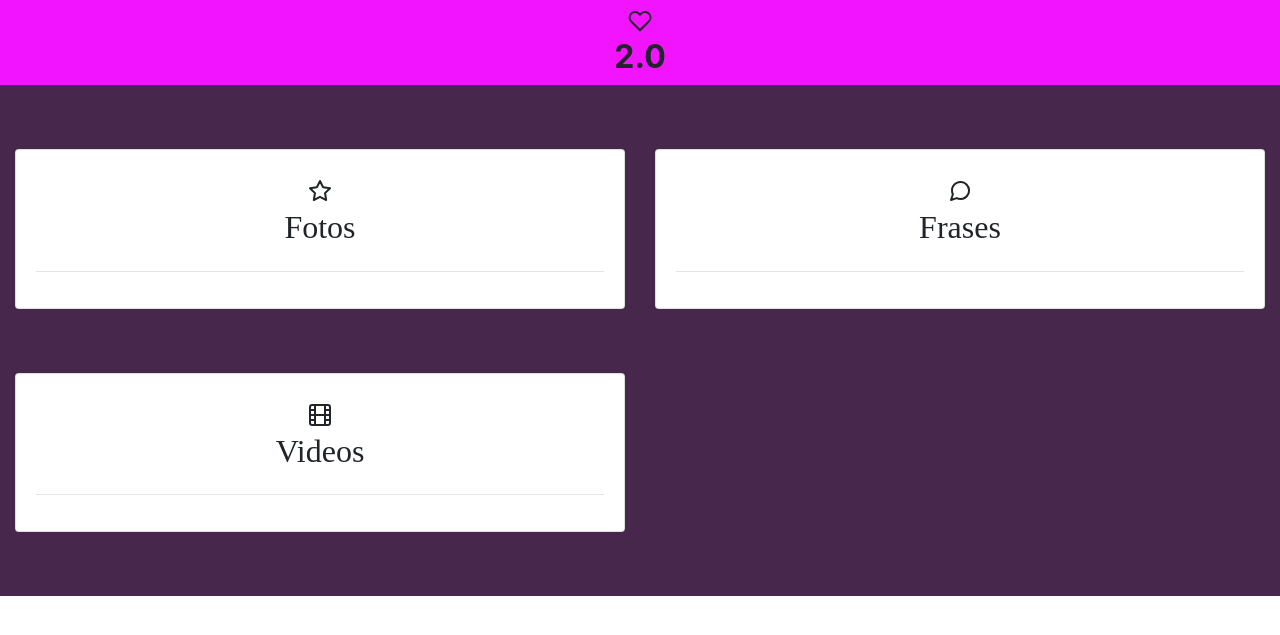
Repository: MeuAmor/meuamor.github.io
Page: index.html
These files come from the project's save history. The page is drawn as it stood at one moment and after the next save; the edit follows.
The browser window is 1280 px wide. The pictures show the whole page.

Above is the page before, as saved 2019-08-21 23:33:32.

After the next save:
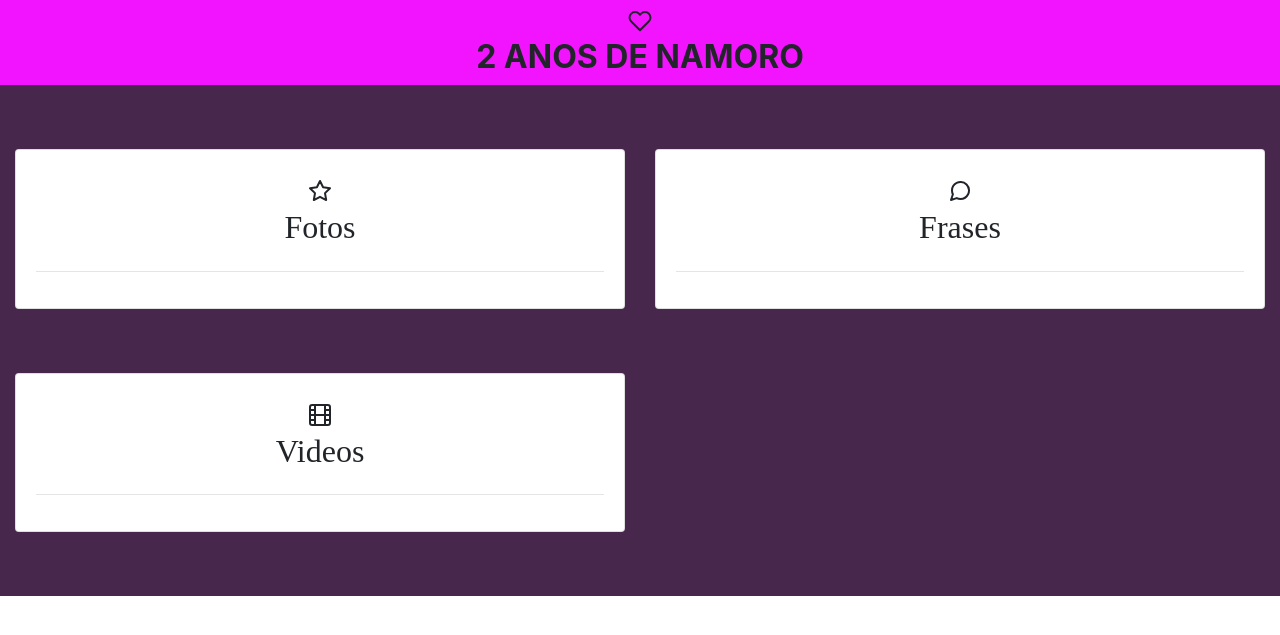
Saved 37 s later.
--- a/index.html
+++ b/index.html
@@ -32,7 +32,7 @@
                 </div>
                 <div class="text-center" >
 
-                    <b>2.0 </b>
+                    <b>2 ANOS DE NAMORO </b>
                 </div>
             </h2>
 		</div>
